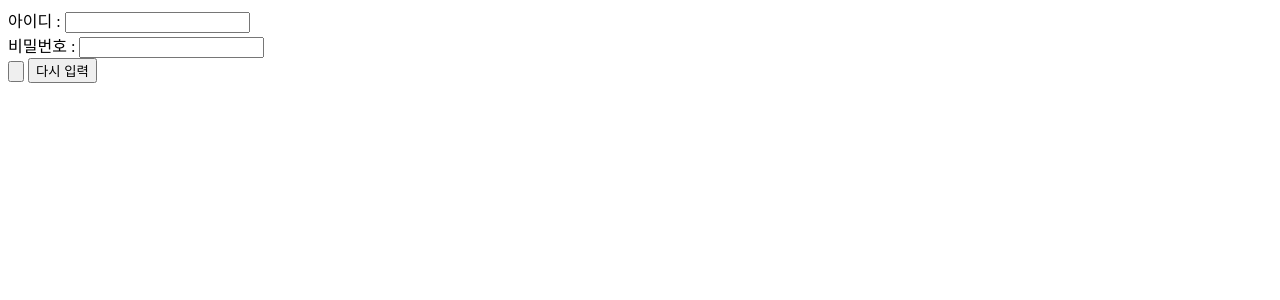
Repository: MyeongHyeonYoo/jsp_data
Page: pro06/src/main/webapp/login2.html
These files come from the project's save history. The page is drawn as it stood at one moment and after the next save; the edit follows.
The browser window is 1280 px wide. The pictures show the whole page.

Above is the page before, as saved 2022-12-06 05:18:28.
Console error: TypeError: Cannot read properties of undefined (reading 'user_id')

### pro06/src/main/webapp/login2.html
<!DOCTYPE html>
	<html>
	<head>
	<meta charset="UTF-8">
	<script>
		function fn_validate() {}
		let frmLogin = document.frmLogin;
		let user_id = frmLogin.user_id.value;
		let user_pw = frmLogin.user_pw.value;

		if ((user_id.length == 0 || user_id == "") || (user_pw.length == 0 || user_pw == "")) {
			alert("아이디와 비밀번호는 필수입니다.");
		}
		else {}
		frmLogin.method = "post";
		fromLogin.action = "login5";
		//frmLogin.submit();
	</script>

	<title>로그인 창</title>
	</head>
	<body>
		<form name="frmLogin" method="post" action="login" encType="utf-8">
			아이디 : <input type="text" name="user_id"><br>
			비밀번호 : <input type="password" name="user_pw"><br>
			<input type="button" onClick="fn_validate()" value"로그인">
			<input type="reset" value="다시 입력">
			<input type="hidden" name="user_address" value="서울시 성북구" /> <!-- 비밀로 보낼 때 -->
		</form>
	</body>
</html>

After the next save:
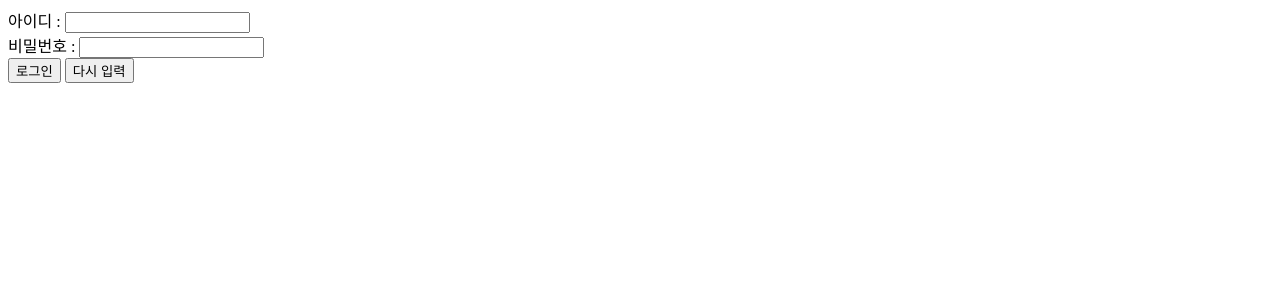
Saved 46 s later.
--- a/pro06/src/main/webapp/login2.html
+++ b/pro06/src/main/webapp/login2.html
@@ -23,7 +23,7 @@
 		<form name="frmLogin" method="post" action="login" encType="utf-8">
 			아이디 : <input type="text" name="user_id"><br>
 			비밀번호 : <input type="password" name="user_pw"><br>
-			<input type="button" onClick="fn_validate()" value"로그인">
+			<input type="button" onClick="fn_validate()" value="로그인">
 			<input type="reset" value="다시 입력">
 			<input type="hidden" name="user_address" value="서울시 성북구" /> <!-- 비밀로 보낼 때 -->
 		</form>
